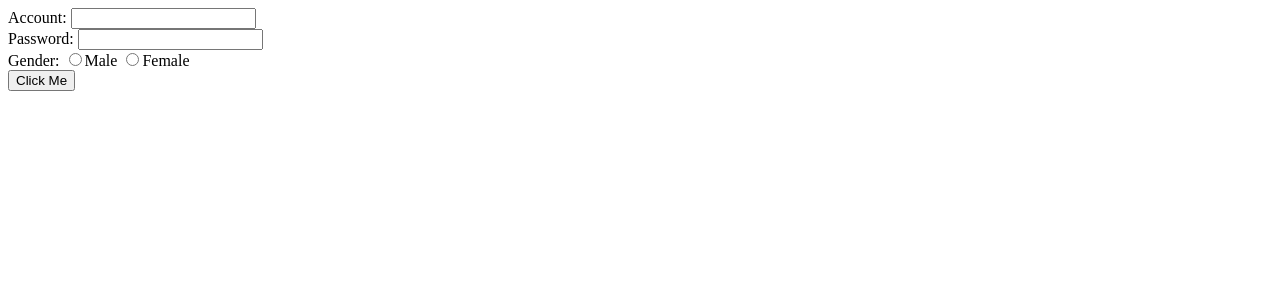
Repository: jessie9527/Java_Brad
Page: BradWeb/src/main/webapp/brad09.html
These files come from the project's save history. The page is drawn as it stood at one moment and after the next save; the edit follows.
The browser window is 1280 px wide. The pictures show the whole page.

Above is the page before, as saved 2023-05-09 06:08:58.

### BradWeb/src/main/webapp/brad09.html
<!DOCTYPE html>
<html>
	<head>
		<meta charset="UTF-8">
		<title>Brad Big Company</title>
	</head>
	<body>
		<!-- method="get"指到後段的doGet，method="post"指到後段的doPost -->
		<form action="Brad09" method="post">
		Account:  <input type="text" name="account" /><br />
		Password: <input type="password" name="passwd" /><br />
		Gender:   <input type="radio" />Male
				  <input type="radio" />Female <br />

		<input type="submit" value="Click Me" />
		</form>
	</body>
</html>

After the next save:
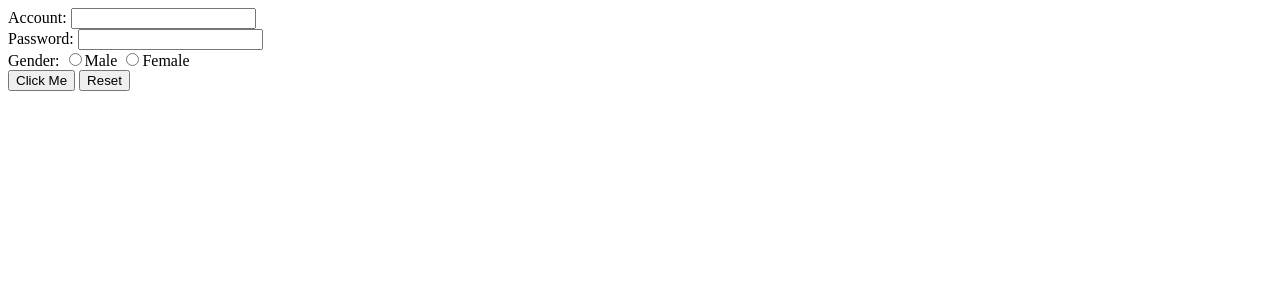
Saved 2 min 2 s later.
--- a/BradWeb/src/main/webapp/brad09.html
+++ b/BradWeb/src/main/webapp/brad09.html
@@ -9,10 +9,11 @@
 		<form action="Brad09" method="post">
 		Account:  <input type="text" name="account" /><br />
 		Password: <input type="password" name="passwd" /><br />
-		Gender:   <input type="radio" />Male
-				  <input type="radio" />Female <br />
+		Gender:   <input type="radio" name=""/>Male
+				  <input type="radio" name=""/>Female <br />
 
 		<input type="submit" value="Click Me" />
+		<input type="reset" value="Reset" />
 		</form>
 	</body>
 </html>
